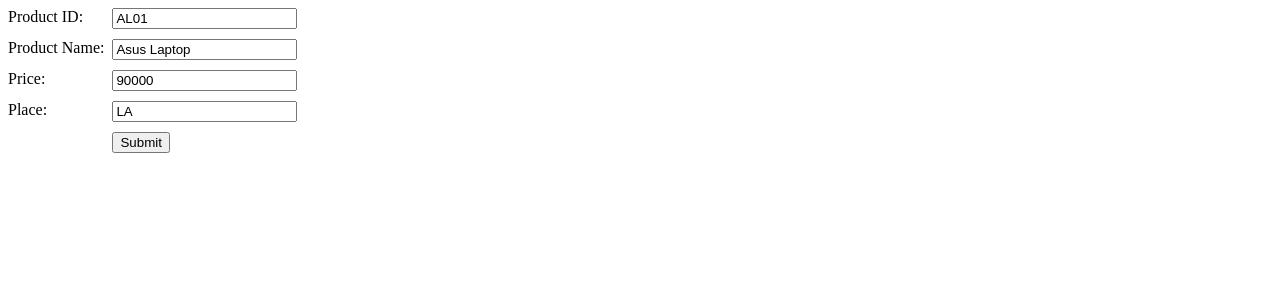
Repository: chofong1999/workspace202607
Page: mvweb0716/src/main/webapp/product.html
An editor plug-in stored every save of this project. The page is shown before and after the next save, followed by the edit.
The browser window is 1280 px wide. The pictures show the whole page.

Above is the page before, as saved 2026-07-16 03:38:37.

### mvweb0716/src/main/webapp/product.html
<!DOCTYPE html>
<html>
<head>
<meta charset="UTF-8">
<title>Product Form</title>

<style>
.product-form {
    display: grid;
    grid-template-columns: max-content;
    gap: 10px 8px;
}
.product-form input {
    grid-column: 2;
    justify-self: start;
}
</style>
</head>

<body>

<form action="product.jsp" method="post" class="product-form">
    Product ID:<input name="product_id" value="AL01">
    Product Name:<input name="product_name" value="Asus Laptop">
    Price:<input name="price" value="90000">
    Place:<input name="place" value="LA">
    <input type="submit">
</form>

</body>
</html>

After the next save:
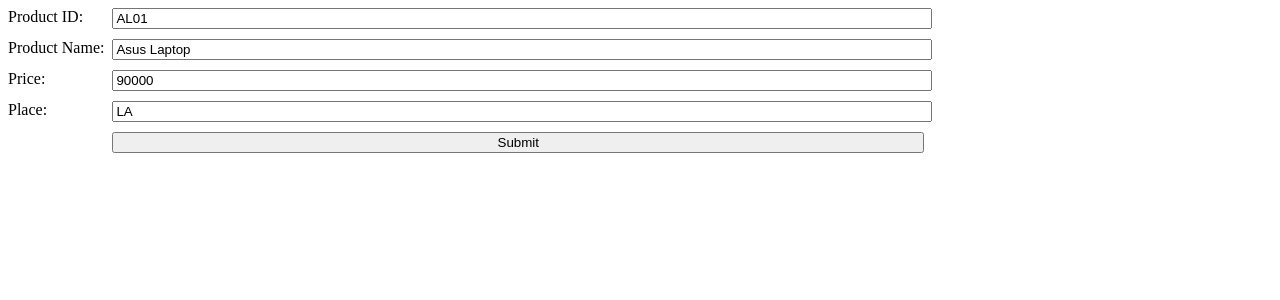
Saved 77 s later.
--- a/mvweb0716/src/main/webapp/product.html
+++ b/mvweb0716/src/main/webapp/product.html
@@ -11,6 +11,7 @@
     gap: 10px 8px;
 }
 .product-form input {
+	width:70%;
     grid-column: 2;
     justify-self: start;
 }
